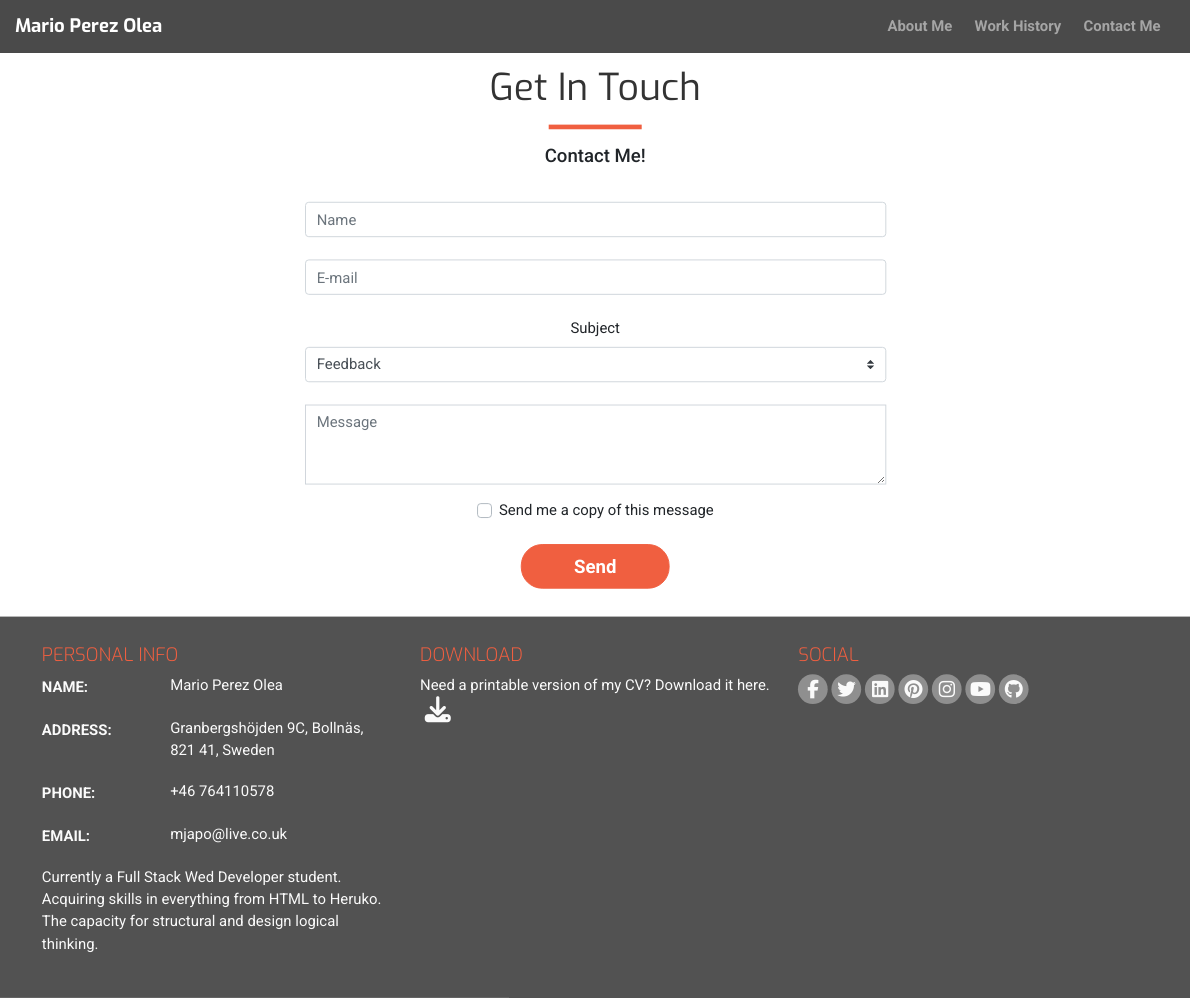
Repository: Supermario78/my-first-milestone-project
Page: contact.html
The author's editor kept a record of every edit. The page is drawn from the files as they stood at one moment, then again after the next edit.
The browser window is 1280 px wide. The pictures show the whole page, at 93% of full size.
Some web libraries are served in a nearby version.

Above is the page before.

### contact.html
<!DOCTYPE html>
<html lang="en">

<head>
    <meta charset="UTF-8">
    <meta name="viewport" content="width=device-width, initial-scale=1.0">
    <meta http-equiv="X-UA-Compatible" content="ie=edge">
    <link rel="stylesheet" href="https://stackpath.bootstrapcdn.com/bootstrap/4.3.1/css/bootstrap.min.css" type="text/css" />
    <link rel="stylesheet" href="https://stackpath.bootstrapcdn.com/font-awesome/4.7.0/css/font-awesome.min.css" type="text/css" />
    <link href="https://fonts.googleapis.com/css?family=Roboto:400,700&display=swap" rel="stylesheet">
    <script src="https://kit.fontawesome.com/2890cdb4fa.js"></script>
    <link rel="stylesheet" href="assets/css/style.css" type="text/css" />
    <title>Personal Profile | Mario Perez Olea</title>
</head>

<body>
    <section class="container-fluid fixed-top">
        <div class="navalert-container navbar-contact">
            <nav class="navbar navbar-dark navbar-expand-sm">
                <a href="index.html" class="navbar-brand">Mario Perez Olea</a>

                <button class="navbar-toggler ml-auto" type="button" data-toggle="collapse" data-target="#navbarNavDropdown" aria-controls="navbarNavDropdown" aria-expanded="false" aria-label="Toggle navigation">
        <span class="navbar-toggler-icon"></span></button>

                <div class="collapse navbar-collapse" id="navbarNavDropdown">
                    <ul class="navbar-nav ml-auto">
                        <li class="nav-item mr-2"><a class="nav-link" href="index.html#about-me">About Me</a></li>
                        <li class="nav-item mr-2"><a class="nav-link" href="work-history.html" class="hvr-sweep-to-bottom">Work History</a></li>
                        <li class="nav-item mr-2"><a class="nav-link" href="contact.html">Contact Me</a></li>
                    </ul>
                </div>
            </nav>
        </div>
    </section>

    <section class="container-fluid">
        <div class="row bg-color-contact-section">
            <div class="col">
                <h3 class="contact-heading text-center">Get In Touch</h3>
                <hr class="block-divider block-divider--orange">

                <h5 class="text-center">Contact Me!</h5>

                <div class="center-form text-center">
                    <!-- Name -->
                    <input type="text" id="defaultContactFormName" class="form-control mb-4" placeholder="Name">

                    <!-- Email -->
                    <input type="email" id="defaultContactFormEmail" class="form-control mb-4" placeholder="E-mail">

                    <!-- Subject -->
                    <label>Subject</label>
                    <select class="browser-default custom-select mb-4">
                        <option value="" disabled>Choose option</option>
                        <option value="1" selected>Feedback</option>
                        <option value="2">Report a bug</option>
                        <option value="3">Request Colaboration</option>
                        <option value="4">Job Prospect</option>
                        <option value="5">Other</option>
                    </select>

                    <!-- Message -->
                    <div class="form-group">
                        <textarea class="form-control rounded-0" id="exampleFormControlTextarea2" rows="3" placeholder="Message"></textarea>
                    </div>

                    <!-- Copy -->
                    <div class="custom-control custom-checkbox mb-4">
                        <input type="checkbox" class="custom-control-input" id="defaultContactFormCopy">
                        <label class="custom-control-label" for="defaultContactFormCopy">Send me a copy of this message</label>
                    </div>

                    <!-- Send button -->
                    <button class="btn btn-lg btn--cta btn--red" type="submit">Send</button>

                    </form>
                </div>
            </div>
        </div>
    </section>
    <!-----------------  footer -------->

    <footer class="container-fluid">
        <div id="footer-details" class="row footer-contact">
            <div class="col-sm-4 bg-color-personal-info section-column">
                <div class="row">
                    <div class="col-12">
                        <h5 class="uppercase general-sub">Personal Info</h5>
                    </div>
                </div>
                <div class="personal-info-item">
                    <div class="key">
                        <p class="uppercase">
                            Name:
                        </p>
                    </div>
                    <div class="value">
                        <p>
                           Mario Perez Olea
                        </p>
                    </div>
                </div>
                <div class="personal-info-item">
                    <div class="key">
                        <p class="uppercase">
                            Address:
                        </p>
                    </div>
                    <div class="value">
                        <p>
                           Granbergshöjden 9C, Bollnäs, 821 41, Sweden
                        </p>
                    </div>
                </div>
                <div class="personal-info-item">
                    <div class="key">
                        <p class="uppercase">
                            Phone:
                        </p>
                    </div>
                    <div class="value">
                        <p>
                           +46 764110578
                        </p>
                    </div>
                </div>
                <div class="personal-info-item">
                    <div class="key">
                        <p class="uppercase">
                            Email:
                        </p>
                    </div>
                    <div class="value">
                        <p>
                           mjapo@live.co.uk
                        </p>
                    </div>
                </div>

                <p class="inline-block">
                    Currently a Full Stack Wed Developer student. Acquiring skills in everything from HTML to Heruko. The capacity for structural and design logical thinking.
                </p>
            </div>
            <div class="col-sm-4">
                <h5 class="uppercase general-sub">Download</h5>
                <p class="inline-block">
                    Need a printable version of my CV? Download it here.
                    <a href="assets/images/sample-cv.pdf" target="_blank" class="cv-pdf">
                        <i class="fa fa-download" aria-hidden="true"></i>
                        <span class="sr-only">Donwload link.</span>
                    </a>
                </p>
            </div>
            <div class="col-sm-4">
                <h5 class="uppercase general-sub">Social</h5>
                <ul class="list-inline social-links">
                    <li class="list-inline-item">
                        <a target="_blank" href="https://www.facebook.com/mpolea">
                            <i class="fab fa-facebook-f" aria-hidden="true"></i>
                            <span class="sr-only">Facebook</span>
                        </a>
                    </li>
                    <li class="list-inline-item">
                        <a target="_blank" href="https://twitter.com/MJAPO_2013">
                            <i class="fab fa-twitter" aria-hidden="true"></i>
                            <span class="sr-only">Twitter</span>
                        </a>
                    </li>
                    <li class="list-inline-item">
                        <a target="_blank" href="https://www.linkedin.com/in/marioperezolea/">
                            <i class="fab fa-linkedin" aria-hidden="true"></i>
                            <span class="sr-only">LinkedIn</span>
                        </a>
                    </li>
                    <li class="list-inline-item">
                        <a target="_blank" href="#">
                            <i class="fab fa-pinterest" aria-hidden="true"></i>
                            <span class="sr-only">Pinterest</span>
                        </a>
                    </li>
                    <li class="list-inline-item">
                        <a target="_blank" href="#">
                            <i class="fab fa-instagram" aria-hidden="true"></i>
                            <span class="sr-only">Instagram</span>
                        </a>
                    </li>
                    <li class="list-inline-item">
                        <a target="_blank" href="https://www.youtube.com/channel/UCkFh0lc0NAoH8dJ1NBmKNEQ">
                            <i class="fab fa-youtube" aria-hidden="true"></i>
                            <span class="sr-only">Youtube</span>
                        </a>
                    </li>
                    <li class="list-inline-item">
                        <a target="_blank" href="https://github.com/Supermario78">
                            <i class="fab fa-github" aria-hidden="true"></i>
                            <span class="sr-only">GitHub</span>
                        </a>
                    </li>
                </ul>
            </div>
        </div>
        </div>
    </footer>
    <!-------- /. footer ------->

    <div class="modal" tabindex="-1" role="dialog" id="getintouchModal">
        <div class="modal-dialog" role="document">
            <div class="modal-content">
                <div class="modal-header">
                    <h5 class="modal-title">Get In Touch</h5>
                    <button type="button" class="close" data-dismiss="modal" aria-label="Close">
                        <span aria-hidden="true">&times;</span>
                    </button>
                </div>
                <!-- Default form contact -->
                <form class="text-center border border-light p-5" action="#!">

                    <p class="h4 mb-4">Contact Me!</p>

                    <!-- Name -->
                    <input type="text" id="defaultContactFormName" class="form-control mb-4" placeholder="Name">

                    <!-- Email -->
                    <input type="email" id="defaultContactFormEmail" class="form-control mb-4" placeholder="E-mail">

                    <!-- Subject -->
                    <label>Subject</label>
                    <select class="browser-default custom-select mb-4">
                        <option value="" disabled>Choose option</option>
                        <option value="1" selected>Feedback</option>
                        <option value="2">Report a bug</option>
                        <option value="3">Request Colaboration</option>
                        <option value="4">Job Prospect</option>
                    </select>

                    <!-- Message -->
                    <div class="form-group">
                        <textarea class="form-control rounded-0" id="exampleFormControlTextarea2" rows="3" placeholder="Message"></textarea>
                    </div>

                    <!-- Copy -->
                    <div class="custom-control custom-checkbox mb-4">
                        <input type="checkbox" class="custom-control-input" id="defaultContactFormCopy">
                        <label class="custom-control-label" for="defaultContactFormCopy">Send me a copy of this message</label>
                    </div>

                    <!-- Send button -->
                    <button class="btn btn-lg btn--cta btn--red" type="submit">Send</button>

                </form>
                <!-- Default form contact -->
            </div>
        </div>
    </div>

    <script src="https://code.jquery.com/jquery-3.3.1.slim.min.js" integrity="sha384-q8i/X+965DzO0rT7abK41JStQIAqVgRVzpbzo5smXKp4YfRvH+8abtTE1Pi6jizo" crossorigin="anonymous"></script>
    <script src="https://cdnjs.cloudflare.com/ajax/libs/popper.js/1.14.7/umd/popper.min.js" integrity="sha384-UO2eT0CpHqdSJQ6hJty5KVphtPhzWj9WO1clHTMGa3JDZwrnQq4sF86dIHNDz0W1" crossorigin="anonymous"></script>
    <script src="https://stackpath.bootstrapcdn.com/bootstrap/4.3.1/js/bootstrap.min.js" integrity="sha384-JjSmVgyd0p3pXB1rRibZUAYoIIy6OrQ6VrjIEaFf/nJGzIxFDsf4x0xIM+B07jRM" crossorigin="anonymous"></script>

</body>

</html>

### assets/css/style.css
@import url('https://fonts.googleapis.com/css?family=Roboto:100,200,300,400,500,600,700|Exo:100,200,300,400,500,600,700');

body {
	font-family: 'Roboto', sans-serif;
}

.bg-color-name-history-title {
	background-color: #676767;
}

.bg-color-work-history {
	background-color: #e84610;
}

.contact-heading {
	color: #333;
	text-align: center;
	font-family: "Exo", sans-serif;
	font-weight: 400;
	font-size: 40px;
	position: relative;
	margin-top: 70px;
}

.center-form {
	padding-top: 10px;
	margin: 0 auto;
	max-width: 70%;
}

.history-name {
	font-family: "Exo", sans-serif;
	font-weight: 100px;
	font-size: 28px;
	margin-top: 20px;
	color: #f05f40;
}

.list-inline-item:not(:last-child) {
	margin: 0;
}

.menucontainer {
	font-size: 0;
}

#nav {
	margin: 0;
}

#nav li {
	font-size: 14px;
	padding: 0;
}

.menuitem {
	height: 90px;
	text-align: center;
	padding: 0;
}

.menuitem a {
	width: 100%;
	text-decoration: none;
	color: #fff;
	height: 90px;
}

.menuitem a i {
	padding-top: 22px;
	display: block;
	color: #fafafa;
	font-size: 26px;
}

.menuitem span {
	display: block;
	width: 100%;
	padding-top: 5px;
	text-align: center;
	text-transform: uppercase;
	font-size: 14px;
	font-weight: 300;
	letter-spacing: 2px;
}

#nav li:hover {
	color: #fafafa;
	background: #e84610;
	transition: all 0.5s ease-in-out;
	-moz-transition: all 0.5s ease-in-out;
	-webkit-transition: all 0.5s ease-in-out;
	-o-transition: all 0.5s ease-in-out;
}

.welcome-container {
	height: 100vh;

	background: url("../images/landscape.jpeg") no-repeat bottom right fixed;
	-webkit-background-size: cover;
	-moz-background-size: cover;
	-o-background-size: cover;
	background-size: cover;

	display: flex;
	align-items: center;
	justify-content: center;

	position: relative;
}


.opaque-overlay {
	position: absolute;
	top: 0;
	left: 0;
	height: 100%;
	width: 100%;
	background-color: rgba(0, 0, 0, 0.5);
}

.video-container {
	display: flex;
	align-items: center;
	justify-content: center;
	margin-top: 50px;
	margin-bottom: 15px;
}


/* -------------- Special paddings/margins/text ------ */

/* -------------- Block dividers ------ */

.block-divider {
	width: 100px;
	height: 5px;
	border: 0;
}

.block-divider--orange {
	background-color: #f05f40;
}

.block-divider--short {
	width: 35px;
}

/* --------------- Navbar ------------- */

.navalert-container {
	position: absolute;
	top: 0;
	left: 0;
	padding-left: 0;
	padding-right: 0;
}

.navbar {
	margin-bottom: 0;
	border: 0;
	width: 100%;
	background-color: rgba(0, 0, 0, 0.1);
	z-index: 1;
}

.navbar-work,
.navbar-contact {
	position: fixed;
	margin-bottom: 20px;
	border: 0;
	width: 100%;
	background-color: #525252;
	z-index: 1;
}

.navbar-work {
	position: fixed;
}

.navbar .navbar-toggler {
	border: 0;
}

.navbar-brand {
	font-family: "Exo";
	sans-serif;
	color: #fff;
	font-weight: bold;
}

.navbar-dark .navbar-brand:hover {
    color: #e84610;
}

.navbar .navbar-nav a {
	color: #fff;
	font-weight: bold;
}


/* --------------  Jumbotron ------------*/

.jumbotron {
	background-color: transparent;
}

.jumbotron-header {
	font-family: "Exo";
	sans-serif;
	color: #fff;
	font-weight: 400;
	font-size: 46px;
	margin-top: 50px;
	margin-bottom: 30px;
}

.jumbotron .lead {
	font-family: "Roboto";
	sans-serif;
	margin: 25px;
	color: #fff;
	margin-bottom: 30px;
}

/* ----------------. Buttons ------------- */

.btn--cta {
	font-weight: bold;
	border-radius: 23px;
	width: 160px;
}

.btn--red {
	color: white;
	background-color: #f05f40;
	border-color: #f05f40;
}


.btn--red:hover,
.btn--red:active,
.btn--red:focus,
.btn--red:active:focus {
	background-color: #df4929;
	border-color: #df4929;
	color: white;
}

.history-heading,
.section-heading {
	color: #333;
	text-align: center;
	font-family: "Exo", sans-serif;
	font-weight: 400;
	font-size: 40px;
	position: relative;
	margin: 30px 0 60px;

}

.section-heading::after {
	content: "";
	width: 100px;
	position: absolute;
	margin: 0 auto;
	height: 5px;
	background: #f05f40;
	left: 0;
	right: 0;
	bottom: -10px;
}


.logo {
	background: url("../images/mario-pic2.jpg");
	background-position: center;
	background-repeat: no-repeat;
	background-size: cover;
	min-height: 360px;
	transition: all .5s ease-in-out;
	-moz-transition: all .5s ease-in-out;
	-webkit-transition: all .5s ease-in-out;
	-o-transition: all .5s ease-in-out;
}

/* --------------------- Media Queries -------------*/
.mobile-view {
	display: none;
}

@media screen and (max-width: 600px) {
	.mobile-view {
		display: block;
	}
	.desktop-view {
		display: none;
	}
}

@media(min-width: 992px) {
	.center-form {
		padding-top: 30px;
		min-height: 240px;
		margin: 0 auto;
		max-width: 50%;
	}
}

/* --------------------- Carousel -------------*/

h2 {
	color: #333;
	text-align: center;
	font-family: "Exo", sans-serif;
	font-weight: 400;
	font-size: 40px;
	position: relative;
	margin: 30px 0 60px;
}

h2::after {
	content: "";
	width: 100px;
	position: absolute;
	margin: 0 auto;
	height: 5px;
	background: #f05f40;
	left: 0;
	right: 0;
	bottom: -10px;
}

.col-center {
	margin: 0 auto;
	float: none !important;
}

.carousel {
	margin: 50px auto;
	padding: 0 70px;
}

.carousel .item {
	color: #999;
	font-size: 14px;
	text-align: center;
	overflow: hidden;
	min-height: 290px;
}

.carousel .item .img-box {
	width: 135px;
	height: 135px;
	margin: 0 auto;
	padding: 5px;
	border: 1px solid #ddd;
	border-radius: 50%;
}

.carousel .img-box img {
	width: 100%;
	height: 100%;
	display: block;
	border-radius: 50%;
}

.carousel .testimonial {
	padding: 20px 0 10px;
}

.carousel-item .testimonial:before {
	content: "\f10d";
	font-family: 'Fontawesome';
	float: left;
	margin-right: 10px;
}

.carousel .overview {
	font-style: italic;
}

.carousel .overview b {
	text-transform: uppercase;
	color: #f05f40;
}

.carousel .carousel-control {
	width: 40px;
	height: 40px;
	margin-top: -20px;
	top: 50%;
	background: none;
}

.carousel-control i {
	font-size: 68px;
	line-height: 42px;
	position: absolute;
	display: inline-block;
	color: rgba(0, 0, 0, 0.8);
	text-shadow: 0 3px 3px #e6e6e6, 0 0 0 #000;
}

.carousel .carousel-indicators {
	bottom: -40px;
}

.carousel-indicators li,
.carousel-indicators li.active {
	width: 10px;
	height: 10px;
	margin: 1px 3px;
	border-radius: 50%;
}

.carousel-indicators li {
	background: #999;
	border-color: transparent;
	box-shadow: inset 0 2px 1px rgba(0, 0, 0, 0.2);
}

.carousel-indicators li.active {
	background: #555;
	box-shadow: inset 0 2px 1px rgba(0, 0, 0, 0.2);
}

/* ------------------------------ Footer ------ */

.footer-contact {
	margin-top: 30px;
	margin-bottom: 0px;

}

.uppercase {
	text-transform: uppercase;
}

.general-sub {
	font-family: "Exo";
	sans-serif;
	font-weight: 300;
	color: #f05f40;
}

.inline-block {
	display: inline-block;
}

footer {
	background-color: #525252;
	color: #fafafa;
	min-height: 120px;
	margin: 0;
}

.cv-pdf i {
	font-size: 28px;
	color: #fafafa;
	text-align: center;
	padding-left: 5px;
	transition: all 0.5s ease-in-out;
	-moz-transition: all 0.5s ease-in-out;
	-webkit-transition: all 0.5s ease-in-out;
	-o-transition: all 0.5s ease-in-out;
}

.cv-pdf i:hover {
	color: #e84610;
}


#footer-details {
	padding: 30px;
}

.social-links {
	padding-bottom: 15px;
}

.social-links li a i {
	width: 32px;
	height: 32px;
	padding: 12px 0;
	border-radius: 50%;
	font-size: 20px;
	line-height: 7px;
	text-align: center;
	color: #fafafa;
	background: #8f8f8f;
	transition: all 0.5s ease-in-out;
	-moz-transition: all 0.5s ease-in-out;
	-webkit-transition: all 0.5s ease-in-out;
	-o-transition: all 0.5s ease-in-out;
}

.social-links li a i:hover {
	background: #e84610;
}

.social-links li a i.fab.fa-facebook-f:hover {
	background-color: #3b5998;
}

.social-links li a i.fab.fa-twitter:hover {
	background-color: #38A1F3;
}

.social-links li a i.fab.fa-linkedin:hover {
	background-color: #0077B5;
}

.social-links li a i.fab.fa-pinterest:hover {
	background-color: #c8232c;
}

.social-links li a i.fab.fa-instagram:hover {
	background-color: #c13584;
}

.social-links li a i.fab.fa-youtube:hover {
	background-color: #c4302b;
}

.social-links li a i.fab.fa-github:hover {
	background-color: #211f1f;
}

/* -------------------------------------------------Three Points */

.three-points-icon {
	font-size: 26px;
	color: #f05f40;
}

.section-heading {
	color: #333;
	font-family: "Exo", sans-serif;
	font-weight: 400;
	font-size: 40px;
	position: relative;
	margin: 30px 0 60px;
}

.three-points-heading {
	margin-bottom: 15px;
}

.navbar-brand-history {
	color: #f05f40;
	font-family: "Exo", sans-serif;
	font-weight: 400;
	font-size: 24px;
}

.navbar-history {
	background-color: #525252;
	color: #fafafa;
}

.history-section {
	height: 100vh;
	margin: 60px 20px;
}

/* --------------- Working History ------------- */

.history-heading {
	color: #fafafa;
}

.history-heading::after {
	content: "";
	width: 100px;
	position: absolute;
	margin: 0 auto;
	height: 5px;
	background: #fafafa;
	left: 0;
	right: 0;
	bottom: -10px;
}

.timeline-item {
	padding :4em 2em 0em 2em;
	position: relative;
	color: #fafafa;
	border-left: 1px solid;
}

.timeline-item p {
	padding: 0;
	margin: 0;
}

.timeline-item:before {
	content: attr(data-dates);
	position: absolute;
	left: 2.5em;
	top: 3em;
	display: block;
	font-family: "Exo" , sans-serif;
	font-weight: 500;
	font-size: 0.8em;
	padding: 0;
	margin: 0;
}

.timeline-item:after {
	width: 12px;
	height: 12px;
	display: block;
	top: 2.4em;
	position: absolute;
	left: -6px;
	border-radius: 12px;
	content: '';
	background: #fafafa;
}

.history-items {
margin-bottom: 30px;
}

.history-body {
	margin-top: 40px;
}


/* --------------- Skills ------------- */

.progress {
	position: relative;
	height: 25px;
	margin-bottom: 4px;
}

.progress-type {
	position: absolute;
	left: 0px;
	font-weight: 400;
	padding: 3px 30px 2px 10px;
	color: #fafafa;
	background-color: rgba(25, 25, 25, 0.2)
}

.progress-section {
	margin: 40px 20px;
}

/* --------------- Footer Personal Info. ------------- */

.personal-info-item {
	margin-bottom: 20px;
	display: block;
	clear: both;
}

.personal-info-item .key,
.personal-info-item .value {
	padding-right: 8px;
	display: inline-block;
}

.personal-info-item .key p,
.personal-info-item .value p {
	margin: 0;
}

.personal-info-item .key {
	width: 30%;
	margin-right: 21px;
	padding-top: 2px;
	vertical-align: top;
}

.personal-info-item .key p {
	font-weight: 700;
}

.personal-info-item .value {
	position: relative;
	width: 60%;
}

After the next edit:
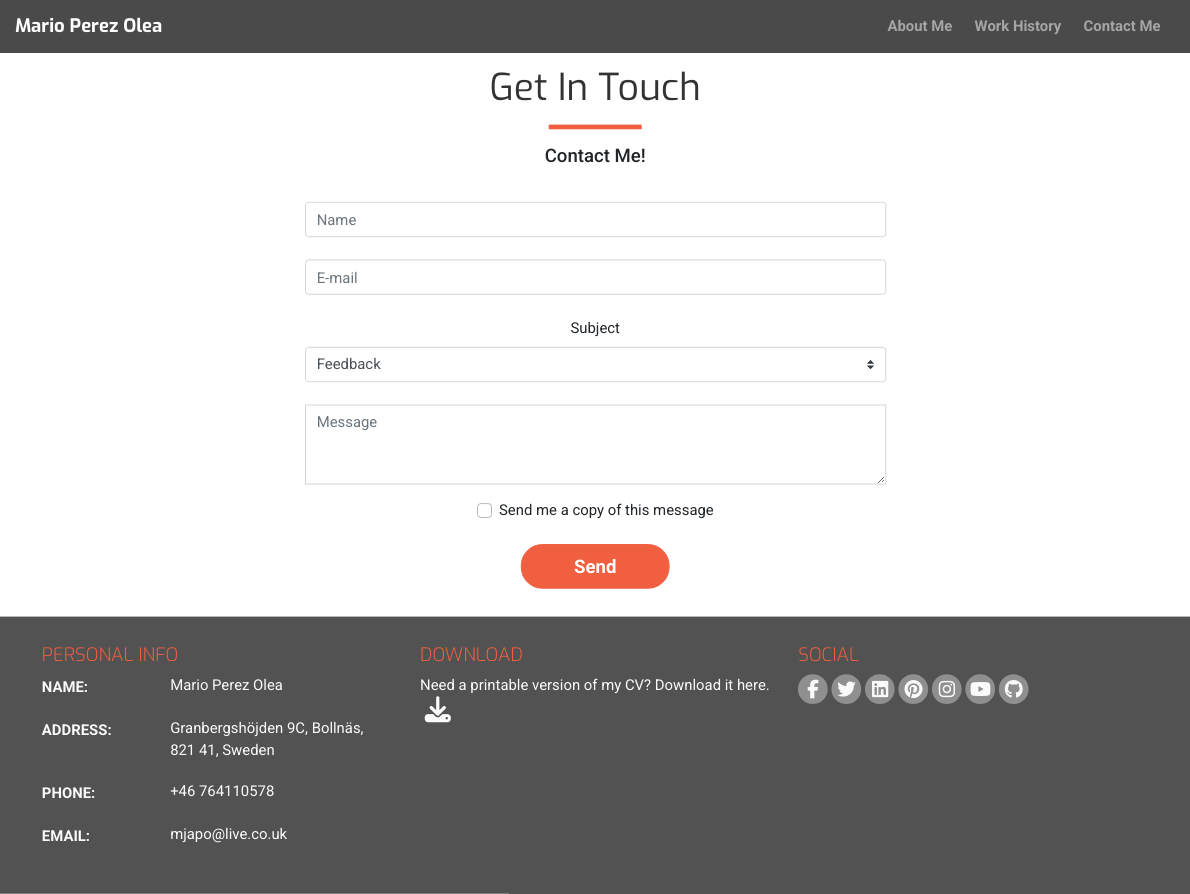
The edit:
--- a/contact.html
+++ b/contact.html
@@ -136,10 +136,6 @@
                         </p>
                     </div>
                 </div>
-
-                <p class="inline-block">
-                    Currently a Full Stack Wed Developer student. Acquiring skills in everything from HTML to Heruko. The capacity for structural and design logical thinking.
-                </p>
             </div>
             <div class="col-sm-4">
                 <h5 class="uppercase general-sub">Download</h5>
